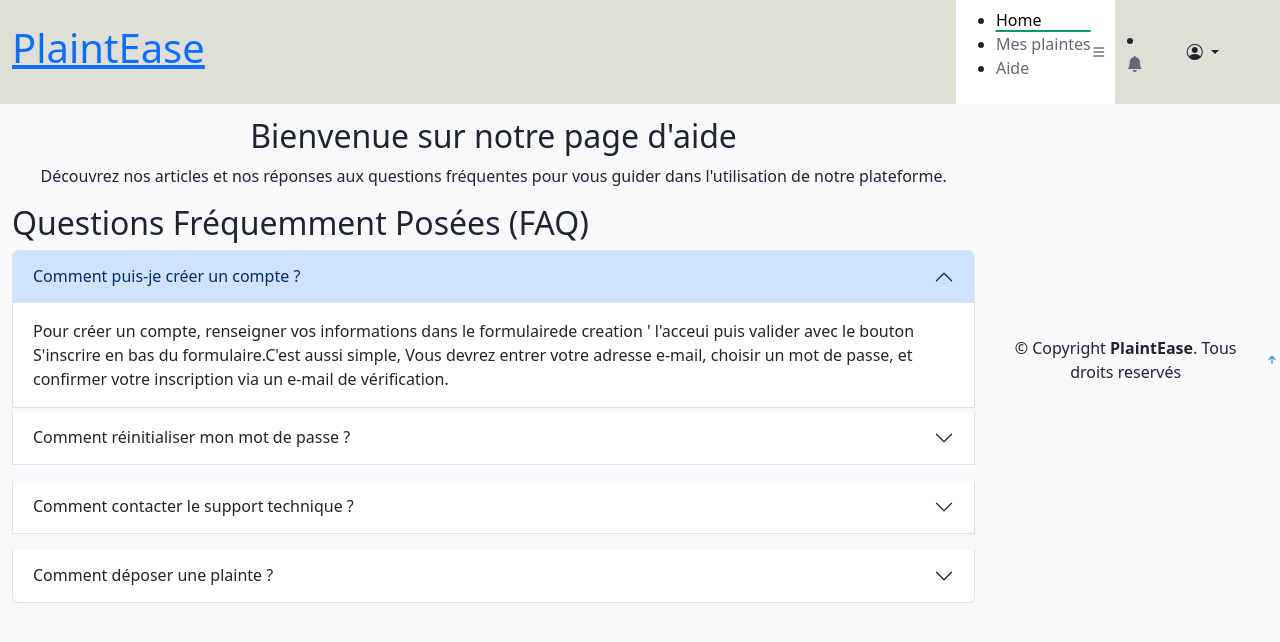
Repository: Senare1/PlaintEasy
Page: complaints/templates/complaints/help.html
The author's editor kept a copy of each file at every save. The page is drawn from the files as they stood at one save, then again after the next save.
The browser window is 1280 px wide. The pictures show the whole page.
Some web libraries are served in a nearby version. The template is drawn by Django 4.2. The application's start-up code is not run. The template is opened directly, without the code that normally fills it, so the values that code supplies are empty.

Above is the page before, as saved 2024-08-11 06:43:56.
Console error: ReferenceError: Swiper is not defined

After the next save:
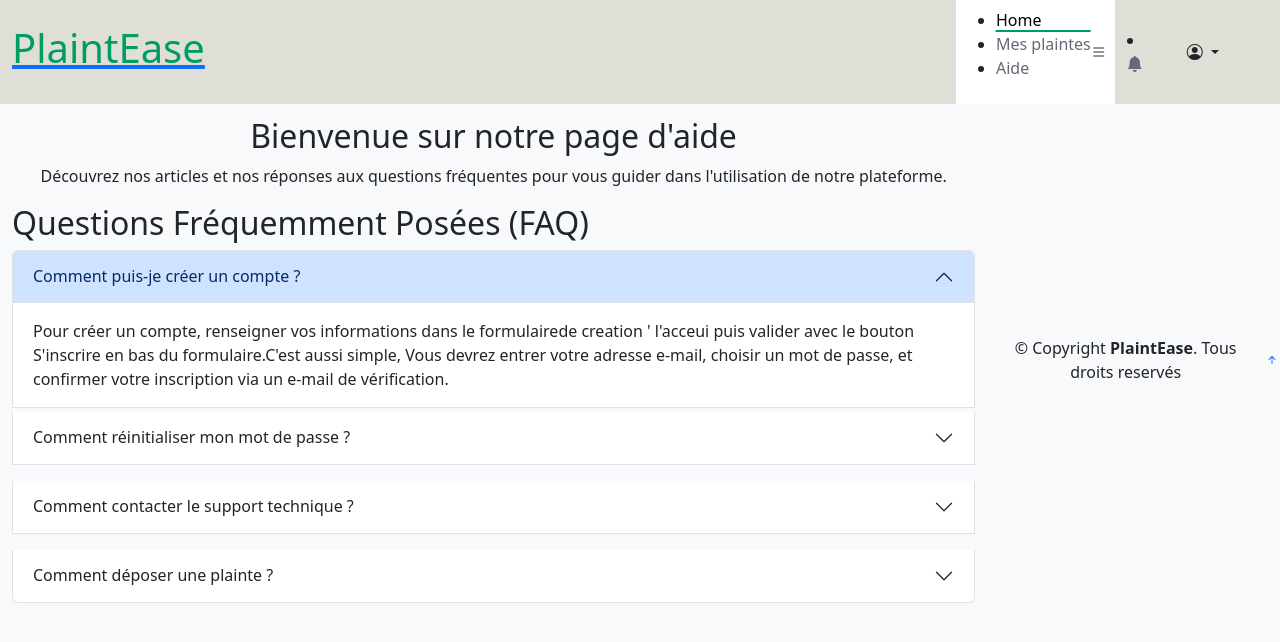
Saved 35 s later.
--- a/complaints/templates/complaints/base.html
+++ b/complaints/templates/complaints/base.html
@@ -34,7 +34,7 @@
     <div class="container d-flex align-items-center justify-content-between ">
 
       <div class="logo">
-        <h1><a href="{% url 'home' %}">PlaintEase</a></h1>
+        <h1><a href="{% url 'home' %}"><span class="plaint">PlaintEase</span></a></h1>
         <!-- Uncomment below if you prefer to use an image logo -->
         <!-- <a href="index.html"><img src="assets/img/logo.png" alt="" class="img-fluid"></a>-->
       </div>

After the save that followed:
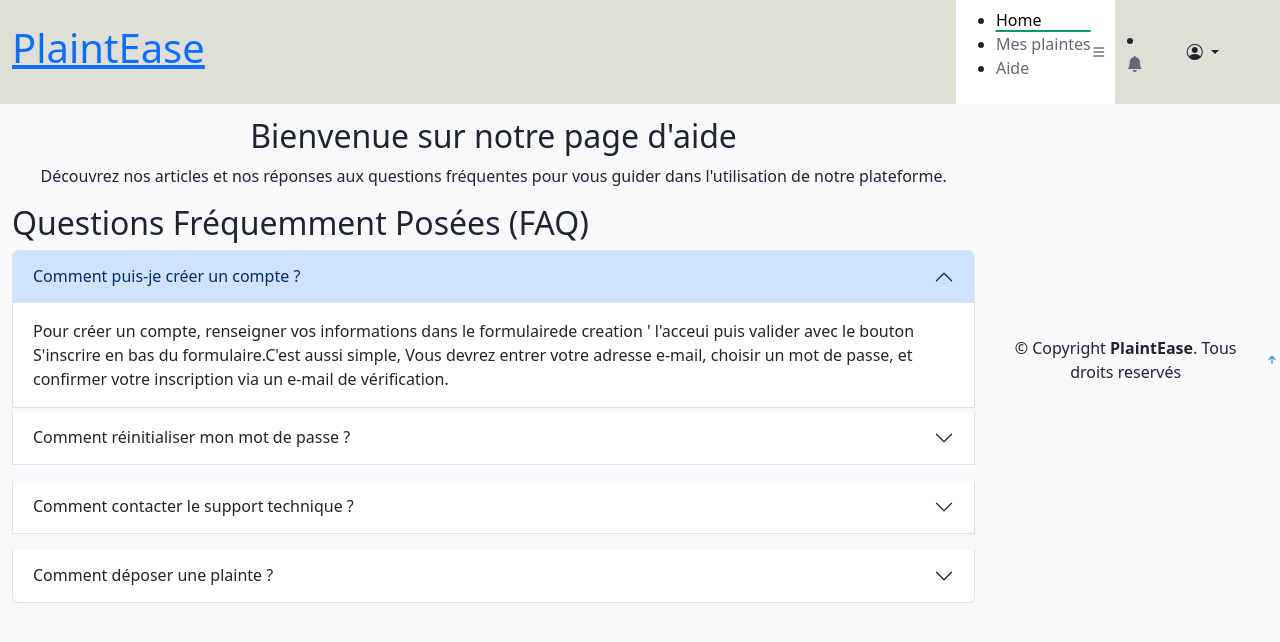
Saved 36 s later.
--- a/complaints/templates/complaints/base.html
+++ b/complaints/templates/complaints/base.html
@@ -20,11 +20,6 @@
 
   <!-- Template Main CSS File -->
   <link href="{% static 'complaints/css/style.css' %}" rel="stylesheet">
-<style>
-        .plaint{
-            color: #009d63;
-        }
-</style>
 </head>
 
 <body>
